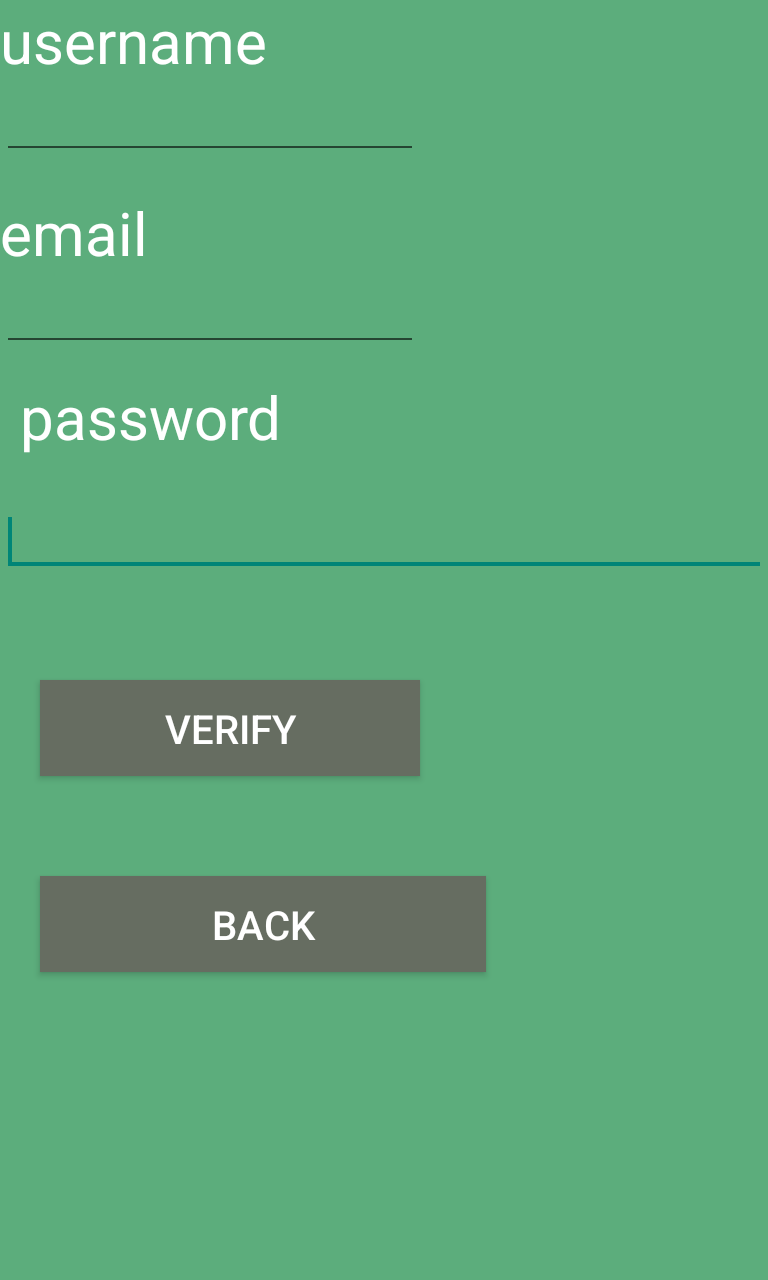
Repository: janemuthoni/icon
Layout: Exam/res/layout/login.xml
These files come from the project's save history. The layout is drawn as it stood at one moment and after the next save; the edit follows.
It is drawn on a 768 x 1280 px phone screen (xhdpi) without system bars, with theme AppTheme; the app's code is not run.

Above is the layout before, as saved 2014-08-07 09:23:31.

After the next save:
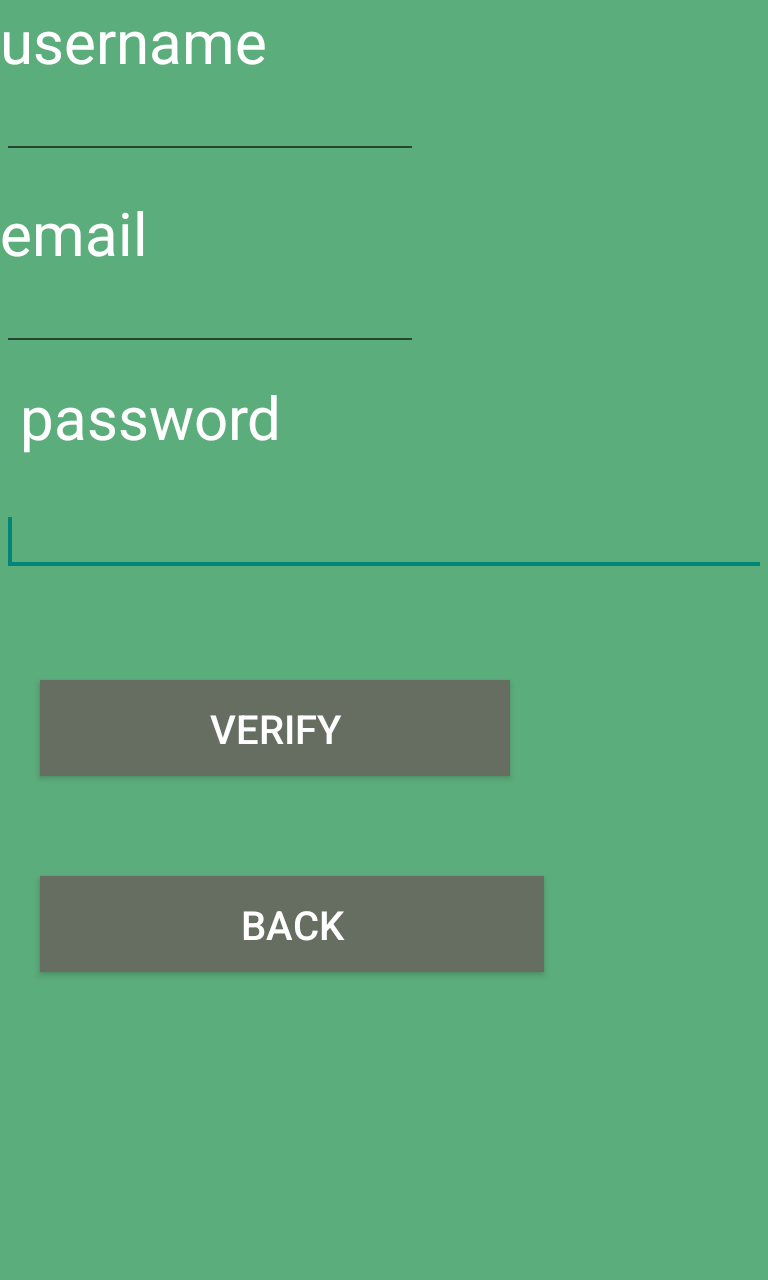
Saved 23 s later.
--- a/Exam/res/layout/login.xml
+++ b/Exam/res/layout/login.xml
@@ -57,19 +57,18 @@
 
    <Button
        android:id="@+id/btnVerify"
-       android:layout_width="190dp"
+       android:layout_width="235dp"
        android:layout_height="wrap_content"
+       android:layout_marginLeft="20dp"
+       android:layout_marginTop="50dp"
+       android:background="@color/darkgrey"
        android:text="@string/buttonverify"
        android:textColor="@color/white"
-       android:layout_marginTop="50dp"
-       android:background="@color/darkgrey"
-       android:textSize="20sp"
-       android:layout_marginLeft="20dp"
-          />
+       android:textSize="20sp" />
 
       <Button
           android:id="@+id/buttonback"
-          android:layout_width="223dp"
+          android:layout_width="252dp"
           android:layout_height="wrap_content"
           android:layout_marginLeft="20dp"
           android:layout_marginTop="50dp"
